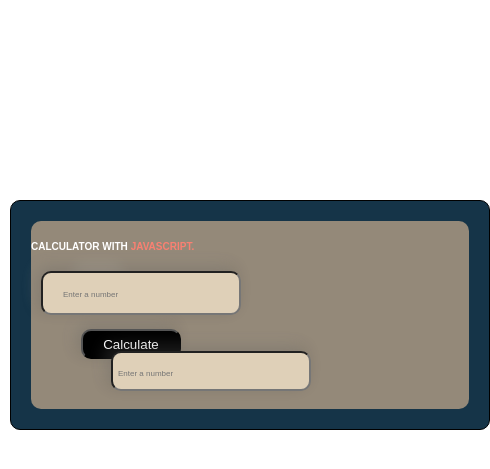
Repository: isaacCodes1/Calculator-with-js
Page: index2.html
These files come from the project's save history. The page is drawn as it stood at one moment and after the next save; the edit follows.
The browser window is 375 px wide. The page is 490 px wide, so the pictures cover 490 px, including what lies to the right of the window. The pictures show the whole page.
Some web fonts or font styles are not loaded; a fallback is used.

Above is the page before, as saved 2024-04-22 15:29:15.

### index2.html
<!DOCTYPE html>
<html lang="en">
  <head>
    <meta charset="UTF-8" />
    <meta name="viewport" content="width=device-width, initial-scale=1.0" />
    <title>Arithmetic Calculator</title>
    <link
      href="https://fonts.cdnfonts.com/css/scientific-calculator-lcd"
      rel="stylesheet"
    />

    <link rel="stylesheet" href="style.css" />
    <link rel="stylesheet" href="mediaquery.css">
  </head>
  <body>
    <main>
      <div class="numm">
        <h1 class="he">CALCULATOR WITH <span class="red">JAVASCRIPT.</span></h1>
        <div class="genDiv">
          <input
            class="num1"
            type="number"
            id="num1"
            placeholder="Enter a number"
            style="font-size: 12px"
          />
          <select class="addition" id="operator">
            <option class="opt" value="add">+</option>
            <option class="opt" value="subtract">-</option>
            <option class="opt" value="multiply">*</option>
            <option class="opt" value="divide">/</option>
          </select>
          <input
            class="num7"
            type="number"
            id="num2"
            placeholder="Enter a number"
            /> <br> <br> <br>
          <button class="cal" onclick="calculate()">Calculate</button>
          <div class="copy">
          <p>CopyRight &#169; Damicodez.</p>
        </div>
        </div>
      </div>
      <script src="script.js"></script>
    </main>
  </body>
</html>

### style.css
* {
  margin: 0;
  padding: 0;
  box-sizing: border-box;
  font-family: "Scientific Calculator LCD", sans-serif;
}
.genDiv {
  background: #948979;
  border-radius: 10px;
  padding: 50px 50px;
}

.main {
  background-color: #dfd0b8;
}
.numm {
  position: absolute;
  top: 200px;
  left: 300px;
  width: 900px;
  border: 1px solid;
  border-radius: 10px;
  background: #153448;
  padding-left: 100px;
  padding-bottom: 100px;
  padding-right: 100px;
  padding-top: 100px;
}
.he {
  color: #fff;
  position: absolute;
  top: 20px;
  font-weight: 900;
  font-style: normal;
}
.red {
  color: salmon;
  font-weight: 900;
}
.num1 {
  width: 200px;
  position: absolute;
  box-shadow: -8px -8px 15px rgba(255, 255, 255, 0.1),
    -5px -5px 15px rgba(0, 0, 0, 0.2);
  background: #dfd0b8;
  height: 40px;
  border-radius: 10px;
  padding: 20px;
  outline: none;
}
.num1::placeholder {
  font-size: 10px;
}
.opt {
  background: #000;
  color: #fff;
  outline: none;
}
.addition {
  width: 50px;
  box-shadow: -8px -8px 15px rgba(255, 255, 255, 0.1);
  background: #dfd0b8;
  height: 20px;
  border-radius: 10px;
  font-size: 18px;
}
.num7 {
  width: 200px;
  box-shadow: -8px -8px 15px rgba(255, 255, 255, 0.1),
    -5px -5px 15px rgba(0, 0, 0, 0.2);
  background: #dfd0b8;
  height: 40px;
  position: absolute;
  top: 150px;
  left: 450px;
  border-radius: 10px;
  padding: 20px;
  outline: none;
}
.num7::placeholder {
  font-size: 10px;
}
.cal {
  width: 100px;
  height: 30px;
  box-shadow: -8px -8px 15px rgba(255, 255, 255, 0.1),
    -5px -5px 15px rgba(0, 0, 0, 0.2);
  background: #000;
  color:  #fff;
  border-radius: 10px;
  padding: 5px;
  transition: 1s ease-in-out;

}
.cal:hover{
    color:#000;
    background-color: #dbdbdb;
    transition: 1s ease-in-out;
    border-radius: 10px;
}
.copy{
    position: absolute;
    top: 350px;
    color: #fff;
}

### mediaquery.css
@media (max-width: 480px) {
  .genDiv {
    /* padding: 50px 20px; */
  }
  .numm {
    top: 200px;
    width: 480px;
    left: 10px;
    padding: 20px;
    margin-right: 50px;
  }
  .num1::placeholder {
    font-size: 8px;
  }
  .num7::placeholder{
    font-size: 8px;
  }
  .he{
    font-size: 10px;
    top: 40px;
  }
  .num1{
    position: absolute;
    left: 30px;
  }
  .num7{
    left: 100px;
    padding: 5px;
  }
}

### script.js
function calculate() {
    var num1 = parseFloat(document.getElementById('num1').value);
    var operator = document.getElementById('operator').value;
    var num2 = parseFloat(document.getElementById('num2').value);

    var result;

    switch (operator) {
      case 'add':
        result = num1 + num2;
        break;
      case 'subtract':
        result = num1 - num2;
        break;
      case 'multiply':
        result = num1 * num2;
        break;
      case 'divide':
        if (num2 !== 0) {
          result = num1 / num2;
        } else {
          console.log('Error: Division by zero');
          return;
        }
        break;
      default:
        console.log('Error: Invalid operator');
        return;
    }



console.log('Result:', result);
}

After the next save:
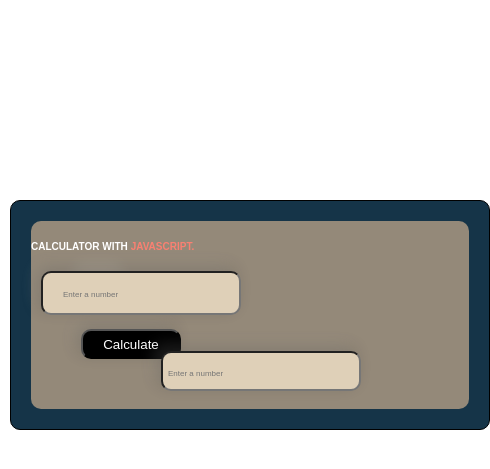
Saved 16 s later.
--- a/mediaquery.css
+++ b/mediaquery.css
@@ -24,7 +24,7 @@
     left: 30px;
   }
   .num7{
-    left: 100px;
+    left: 150px;
     padding: 5px;
   }
 }
